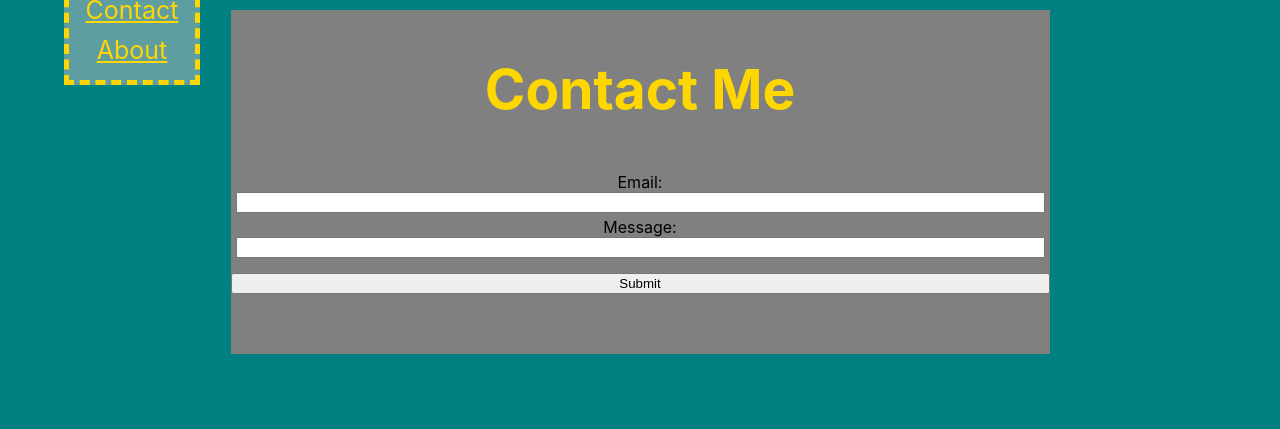
Repository: zeidalidiez/portfolioreact
Page: /Contact
The author's editor kept a copy of each file at every save. The page is drawn from the files as they stood at one save, then again after the next save.
The browser window is 1280 px wide. The pictures show the whole page.
The project was rebuilt for these pictures with package versions that can differ from the ones it lists, and the page was loaded fresh each time. Also part of the build but not shown: src/components/Thumbnail.js, src/components/Projects.js, src/components/About.js.

Above is the page before, as saved 2021-02-08 18:07:05.

### public/index.html
<!DOCTYPE html>
<html lang="en">
  <head>
    <meta charset="utf-8" />
    <link href="data:[embedded picture, 289 characters]" rel="icon" type="image/x-icon" />    <meta name="viewport" content="width=device-width, initial-scale=1" />
    <meta name="theme-color" content="#000000" />
    <meta
      name="description"
      content="Web site created using create-react-app"
    />    <!--
      manifest.json provides metadata used when your web app is installed on a
      user's mobile device or desktop. See https://developers.google.com/web/fundamentals/web-app-manifest/
    -->
    <link rel="manifest" href="%PUBLIC_URL%/manifest.json" />
    <!--
      Notice the use of %PUBLIC_URL% in the tags above.
      It will be replaced with the URL of the `public` folder during the build.
      Only files inside the `public` folder can be referenced from the HTML.

      Unlike "/favicon.ico" or "favicon.ico", "%PUBLIC_URL%/favicon.ico" will
      work correctly both with client-side routing and a non-root public URL.
      Learn how to configure a non-root public URL by running `npm run build`.
    -->
    <title>Zeid Diez - Portfolio</title>
  </head>
  <body>
    <noscript>You need to enable JavaScript to run this app.</noscript>
    <div id="root"></div>
    <!--
      This HTML file is a template.
      If you open it directly in the browser, you will see an empty page.

      You can add webfonts, meta tags, or analytics to this file.
      The build step will place the bundled scripts into the <body> tag.

      To begin the development, run `npm start` or `yarn start`.
      To create a production bundle, use `npm run build` or `yarn build`.
    -->
  </body>
</html>

### src/index.js
import React from 'react';
import ReactDOM from 'react-dom';
import './index.css';
import App from './components/App';
import reportWebVitals from './reportWebVitals';

ReactDOM.render(
  <React.StrictMode>
  <App />
  </React.StrictMode>,
  document.getElementById('root')
);

// If you want to start measuring performance in your app, pass a function
// to log results (for example: reportWebVitals(console.log))
// or send to an analytics endpoint. Learn more: https://bit.ly/CRA-vitals
reportWebVitals();

### src/components/App.js
// App.jsx

import React from 'react';
import logo from './logo.svg';
// Import the BrowserRouter, Route and Link components
import {Route, BrowserRouter as Router, Link} from "react-router-dom";
import Projects from './Projects.js';
import Contact from './Contact.js';
import About from './About.js';
import './App.css';

function App() {
  return (
    <header>
    <Router>
      <div className="App">
        <Route exact path="/Projects" component={Projects} />
        <Route exact path="/Contact" component={Contact} />
        <Route exact path="/About" component={About} />
        <Route exact path="/" component={About} />
  <nav>
        <div className="navigation">
          <div className="navigation-sub">
            <Link to="/Projects" className="item">Projects</Link>
            <Link to="/Contact" className="item">Contact</Link>
            <Link to="/About" className="item">About</Link>

          </div>
        </div>
        </nav>
      </div>
    </Router>
    <menu>

</menu>
    </header>


  );
}

export default App;

### src/components/Contact.js
import React from "react";

export default class Contact extends React.Component {
  constructor(props) {
    super(props);
    this.submitForm = this.submitForm.bind(this);
    this.state = {
      status: ""
    };
  }

  render() {
    const { status } = this.state;
    return (
      <form
        onSubmit={this.submitForm}
        action="https://formspree.io/f/xgepqqzv"
        method="POST"
      >
 <h2>Contact Me</h2>
 <div className="emailInput">
        <label>Email:</label>
        <input type="email" name="email" />
        </div>
        <div className="messageInput">
        <label>Message:</label>
        <input type="text" name="message" />
        </div>
        {status === "SUCCESS" ? <p>Thanks!</p> : <button>Submit</button>}
        {status === "ERROR" && <p>Ooops! There was an error.</p>}
      </form>
    );
  }

  submitForm(ev) {
    ev.preventDefault();
    const form = ev.target;
    const data = new FormData(form);
    const xhr = new XMLHttpRequest();
    xhr.open(form.method, form.action);
    xhr.setRequestHeader("Accept", "application/json");
    xhr.onreadystatechange = () => {
      if (xhr.readyState !== XMLHttpRequest.DONE) return;
      if (xhr.status === 200) {
        form.reset();
        this.setState({ status: "SUCCESS" });
      } else {
        this.setState({ status: "ERROR" });
      }
    };
    xhr.send(data);
  }
}

### src/components/App.css

body {
  background-color: teal;
  display: grid;
}
div {
display: grid;
padding: 5px;
position: relative;
text-align: center;
padding-bottom: 15px;

}

h2 {
  color: Gold;
  font-size: 55px;
}

div.project {
  text-align: center;
  font-family: Georgia, "Times New Roman", Times, serif;
  font-style: italic;
  padding-bottom: 15px;
  border: 5px dashed gold;
  width: 80%;
  justify-self: center;
}

div.project-title {
  position: relative;
  text-align: center;
  font-family: Georgia, "Times New Roman", Times, serif;
  font-style: italic;
  padding-bottom: 15px;

}

.navigation {
text-align: center;
align-self: center;
top: 0;
position: fixed;
  }

.navigation-sub {
padding: 10px;
text-align: center;
align-self: center;
bottom: auto;
left: 5%;
position: fixed;
border: 5px dashed gold;
background-color: cadetblue;
font-size: 25px;
}

a {
  display: grid;
padding: 5px;
text-align: center;
align-self: center;
}

img {
  display: block;
  margin-left: auto;
  margin-right: auto;
  width: 50%;
}


/* unvisited link */
a:link {
  color: gold;
}

/* visited link */
a:visited {
  color: rgb(255, 208, 0);
}

/* mouse over link */
a:hover {
  color: rgb(255, 174, 0);
}

/* selected link */
a:active {
  color: rgb(255, 0, 0);
}

.aboutDiv {
  background-color: grey;
  width: 65%;
  justify-self: center;

}

form {
  background-color: grey;
  width: 65%;
  justify-self: center;
  padding-bottom: 60px;
  display: grid;
}

.emailInput {
height:  25px;
}

@media screen and (max-width: 800px) {
  .navigation {
    text-align: center;
    align-self: center;
    top: 0;
    position: fixed;
      }

    .navigation-sub {
    padding: 10px;
    text-align: center;
    align-self: center;
    bottom: auto;
    left: 5%;
    position: fixed;
    border: 5px dashed gold;
    background-color: cadetblue;
    font-size: 10px;
    }
}

Loaded but not shown: src/index.css (common file); src/reportWebVitals.js (common file)

After the next save:
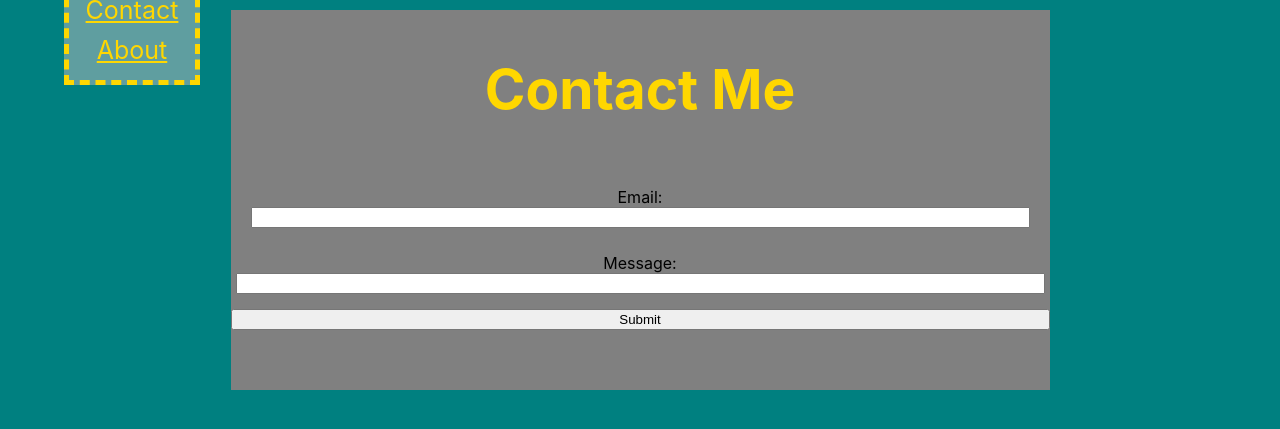
Saved 33 s later.
--- a/src/components/App.css
+++ b/src/components/App.css
@@ -106,7 +106,10 @@ form {
 }
 
 .emailInput {
-height:  25px;
+  width: 100%;
+  padding: 12px 20px;
+  margin: 8px 0;
+  box-sizing: border-box;
 }
 
 @media screen and (max-width: 800px) {
